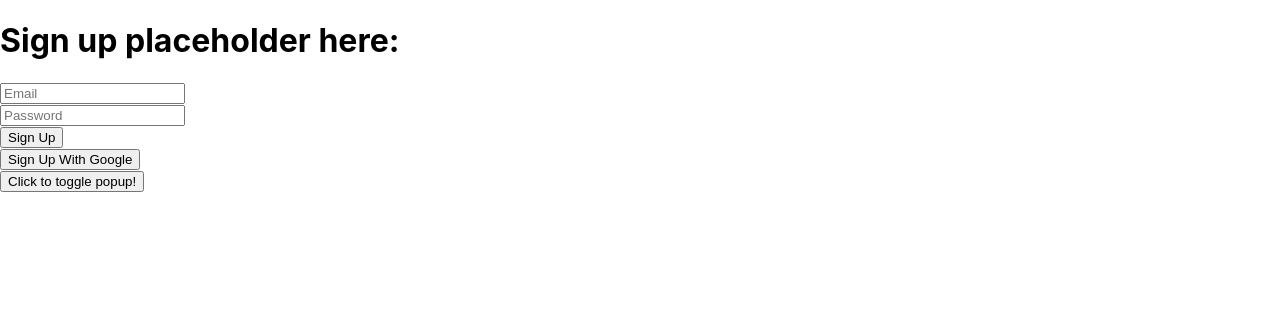
Repository: UoaWDCC/Investment-island
Page: /
These files come from the project's save history. The page is drawn as it stood at one moment and after a run of saves; the edit follows.
The browser window is 1280 px wide. The pictures show the whole page.
The project was rebuilt for these pictures with package versions that can differ from the ones it lists, and the page was loaded fresh each time. The framework's server and built-in components were replaced by stand-ins that run in the browser. Also part of the build but not shown: next.config.js, styles/Home.module.css.

Above is the page before, as saved 2022-06-24 13:51:06.

### pages/_app.js
import "../styles/globals.css";
import { useEffect } from "react";
import { getDocs } from "firebase/firestore";
import initFirebase from "../firebase/clientApp";

export default function MyApp({ Component, pageProps }) {
  initFirebase();
  return <Component {...pageProps} />;
}

### pages/index.tsx
import type { NextPage } from "next";
import Link from "next/link";
import styles from "../styles/Home.module.css";
import Welcome from "../components/popupComponent";
import SignUpBox from "../components/SignUpBox";

// The main entry point
const Home: NextPage = () => {
  const content = (
    <>
    <Link href="/disclaimer">
      <a>Next</a>
    </Link>
    </>

  );

  return (


    <>

<h1>Sign up placeholder here:</h1>
        <div>
      <SignUpBox />
    </div>
    <div>
      <Welcome
        header="Welcome to Investment Island!"
        description="Lorem ipsum dolor sit amet, consectetur adipiscing elit. Nunc orci urna, dignissim non egestas id, lobortis ut erat. Aliquam erat volutpat. Nam eget ultrices metus. Mauris id venenatis dolor, at molestie risus. Etiam vitae diam purus. Proin non facilisis purus. Fusce id mauris vitae quam fringilla rhoncus a a dui. Cras id dignissim leo, fringilla accumsan sapien.
        Nunc pellentesque ante lorem, sed sodales ex lacinia et. Quisque vehicula justo porttitor arcu rhoncus suscipit. Aliquam lobortis ex scelerisque ipsum aliquam, sed tempor neque lobortis. Etiam sit amet nulla ligula. Nulla eget finibus dui. Fusce nec eleifend ante. Aenean sit amet sem ut odio dignissim gravida et et metus. Maecenas eu eleifend metus. Aenean lobortis lorem mi, sed scelerisque magna ultrices feugiat.
        Integer posuere lorem pharetra placerat egestas."
        content={content}
      />
    </div>
    </>

  );
};

export default Home;

### firebase/clientApp.js
import { initializeApp } from "firebase/app";
import { async } from "@firebase/util";
import {
  collection,
  doc,
  setDoc,
  getDoc,
  getFirestore,
  getDocs,
} from "firebase/firestore";
import { useState } from "react";
import "firebase/storage";
import "firebase/analytics";

const clientCredentials = {
  apiKey: process.env.NEXT_PUBLIC_FIREBASE_API_KEY,
  authDomain: process.env.NEXT_PUBLIC_FIREBASE_AUTH_DOMAIN,
  projectId: process.env.NEXT_PUBLIC_FIREBASE_PROJECT_ID,
  storageBucket: process.env.NEXT_PUBLIC_FIREBASE_STORAGE_BUCKET,
  messagingSenderId: process.env.NEXT_PUBLIC_FIREBASE_MESSAGING_SENDER_ID,
  appId: process.env.NEXT_PUBLIC_FIREBASE_APP_ID,
  measurementId: process.env.NEXT_PUBLIC_FIREBASE_MEASUREMENT_ID,
};

export default function initFirebase() {
  const app = initializeApp(clientCredentials);
}

### components/popupComponent.tsx
import type { NextPage } from 'next'
import { ReactElement, useState } from 'react';
import styles from "./popupComponent.module.css";

// Type definition for the props that are being passed in
interface PopupProps {
    header: string,
    description?: string,
    content?: ReactElement,
    initialToggled?: boolean
}

// Background popup for investment island
const Popup: NextPage<PopupProps> = props => {
    const { header, description, content, initialToggled } = props;
    const [toggled, setToggled] = useState(initialToggled || false);

    return (
        <div className={styles.popup}>
            {toggled &&
                <div className={styles.popup_content}>
                    <button className={styles.close_button} onClick={() => setToggled(false)}>
                        <span aria-hidden="true" className={styles.close_span} onClick={() => setToggled(false)}>
                            &times;
                        </span>
                    </button>
                    <h1 className={styles.header}>{header}</h1>
                    <hr className={styles.separator}/>
                    <p className={styles.description}>{description}</p>
                    {content}
                </div>
            }

            {!toggled &&
                <button onClick={() => setToggled(!toggled)}>Click to toggle popup!</button>
            }

        </div>
    );
}

export default Popup;

### components/SignUpBox.js
import { FirebaseError } from "firebase/app";
import Head from "next/head";
import Image from "next/image";
import styles from "../styles/Home.module.css";
import createUser, { createUserGoogle } from "../firebase/authCreateUser";
import { useState } from "react";

export default function SignUpBox() {
  const [email, setEmail] = useState("");
  const [password, setPassword] = useState("");

  const handleSignIn = () => {
    createUser(email, password);
    setEmail("");
    setPassword("");
  };

  return (
    <div>
      <input
        type="email"
        name="email"
        placeholder="Email"
        onChange={(e) => {
          setEmail(e.target.value);
        }}
        value={email}
      />
      <br />
      <input
        type="password"
        name="password"
        placeholder="Password"
        onChange={(e) => {
          setPassword(e.target.value);
        }}
        value={password}
      />
      <br />
      <button onClick={handleSignIn}>Sign Up</button>
      <br />
      <button
        onClick={() => {
          createUserGoogle();
        }}
      >
        Sign Up With Google
      </button>
    </div>
  );
}

### components/popupComponent.module.css
.popup {
    position: fixed;
    z-index: 1;
    width: 100%;
    height: 100%;
}

.popup_content {
    background-color: white;
    position: absolute;
    top: 20%;
    left: 30%;
    width: 40%;
    padding: 20px;
    border-radius: 5px;
    border: 2px solid black;
}

.header {

}

.description {

}

.close_button {

}

.close_span {
    color: Black;
    float: right;
}

.close_span:hover {
    color: red;
    cursor: pointer;
}

.separator {
    width: 100%;
    height: 1px;
    background-color: black;
}

### firebase/authCreateUser.js
import {
  getAuth,
  createUserWithEmailAndPassword,
  GoogleAuthProvider,
  signInWithPopup,
} from "firebase/auth";

export async function createUserGoogle() {
  const auth = getAuth();
  const googleProvider = new GoogleAuthProvider();
  const credentials = await signInWithPopup(auth, googleProvider);
}

export default async function createUser(email, password) {
  try {
    const auth = getAuth();
    await createUserWithEmailAndPassword(auth, email, password);
    return true;
  } catch (e) {
    console.log(e);
    return false;
  }
}

Loaded but not shown: styles/globals.css (common file)

After the next 2 saves:
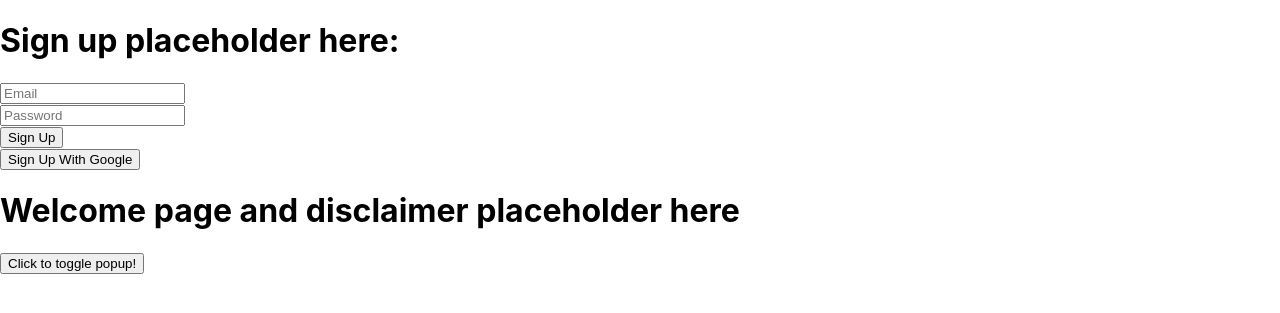
The 2 saves are shown as one change because they came seconds apart.
The last was saved 18 s later.
--- a/pages/index.tsx
+++ b/pages/index.tsx
@@ -25,6 +25,7 @@ const Home: NextPage = () => {
       <SignUpBox />
     </div>
     <div>
+      <h1>Welcome page and disclaimer placeholder here</h1>
       <Welcome
         header="Welcome to Investment Island!"
         description="Lorem ipsum dolor sit amet, consectetur adipiscing elit. Nunc orci urna, dignissim non egestas id, lobortis ut erat. Aliquam erat volutpat. Nam eget ultrices metus. Mauris id venenatis dolor, at molestie risus. Etiam vitae diam purus. Proin non facilisis purus. Fusce id mauris vitae quam fringilla rhoncus a a dui. Cras id dignissim leo, fringilla accumsan sapien.
